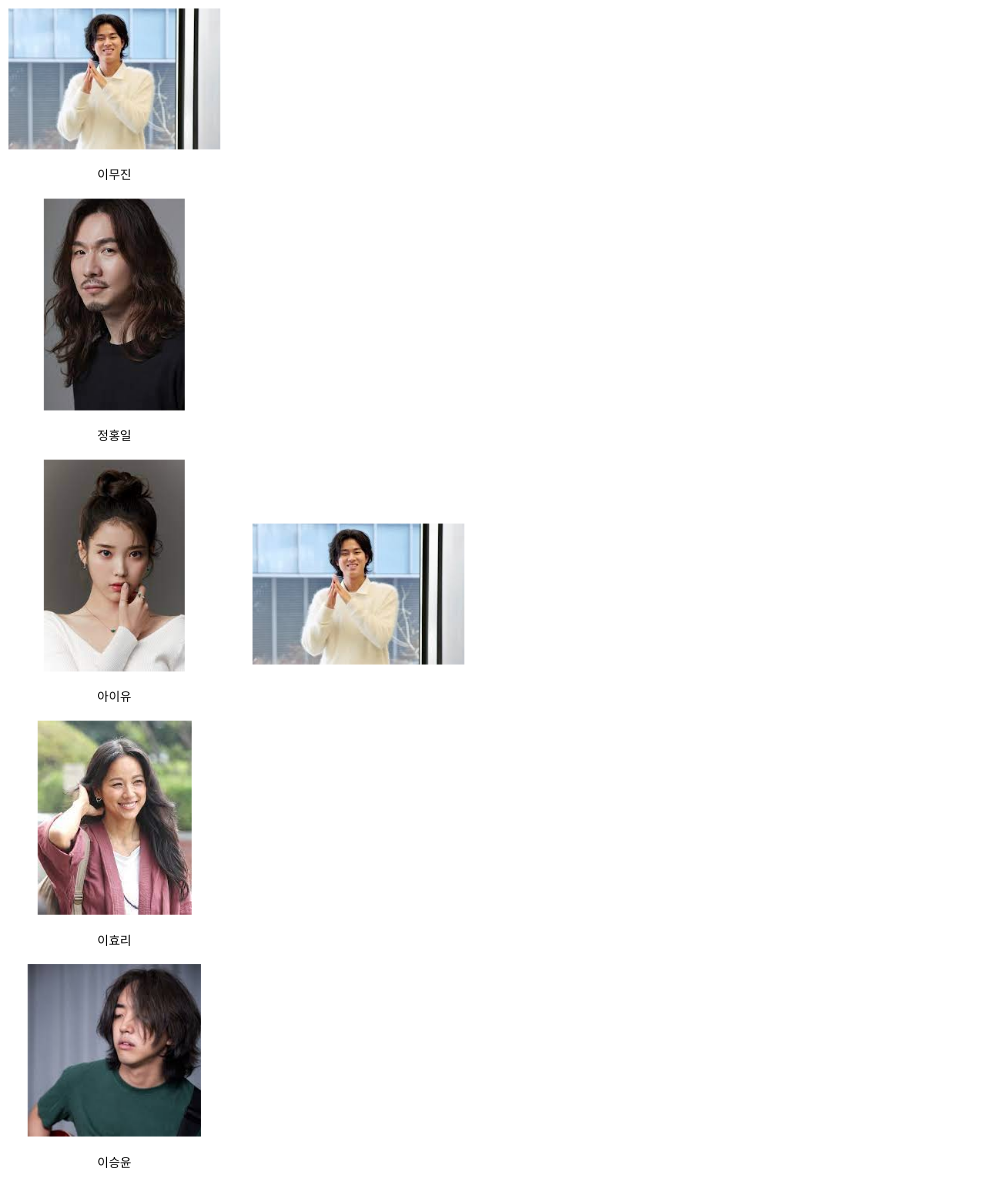
Repository: Migorithm/front_work
Page: front05_JQuery/src/main/webapp/3_event/jq10_traversal.html
An editor plug-in stored every save of this project. The page is shown before and after the next save, followed by the edit.
The browser window is 1280 px wide. The pictures show the whole page, at 77% of full size.

Above is the page before, as saved 2021-09-06 02:15:14.

### front05_JQuery/src/main/webapp/3_event/jq10_traversal.html
<!DOCTYPE html>
<html>
<head>
<meta charset="UTF-8">
<title>Insert title here</title>
<style type="text/css">
	tabel tr td{border : 2px solid black; margin:10px; width:80x; height:90px;}


</style>
</head>

<script src="https://ajax.googleapis.com/ajax/libs/jquery/3.6.0/jquery.min.js"></script>
<script>
	$(function(){

		});
</script>


<body>
	<table>
		<tr>
			<td align="center" width="150" height="200">
				<a href="../image/2.jpg" class="small">
				<img alt="" src="../image/2.jpg">
				</a>
				<p>이무진</p>
			</td>
			<td width="350" align="center" rowspan="5">
				<a href="../image/2.jpg" class="large">
				<img alt="" src="../image/2.jpg">
				</a>
			</td>
		</tr>
		<tr>
			<td align="center" width="150" height="200">
				<a href="../image/3.jpg" class="small">
				<img alt="" src="../image/3.jpg">
				</a>
				<p>정홍일</p>
			</td>
		</tr>
		<tr>
			<td align="center" width="150" height="200">
				<a href="../image/4.jpg" class="small">
				<img alt="" src="../image/4.jpg">
				</a>
				<p>아이유</p>
			</td>
		</tr>
		<tr>
			<td align="center" width="150" height="200">
				<a href="../image/5.jpg" class="small">
				<img alt="" src="../image/5.jpg">
				</a>
				<p>이효리</p>
			</td>
		</tr>
		<tr>
			<td align="center" width="150" height="200">
				<a href="../image/1.jpg" class="small">
				<img alt="" src="../image/1.jpg">
				</a>
				<p>이승윤</p>
			</td>
		</tr>

	</table>


</body>
</html>

After the next save:
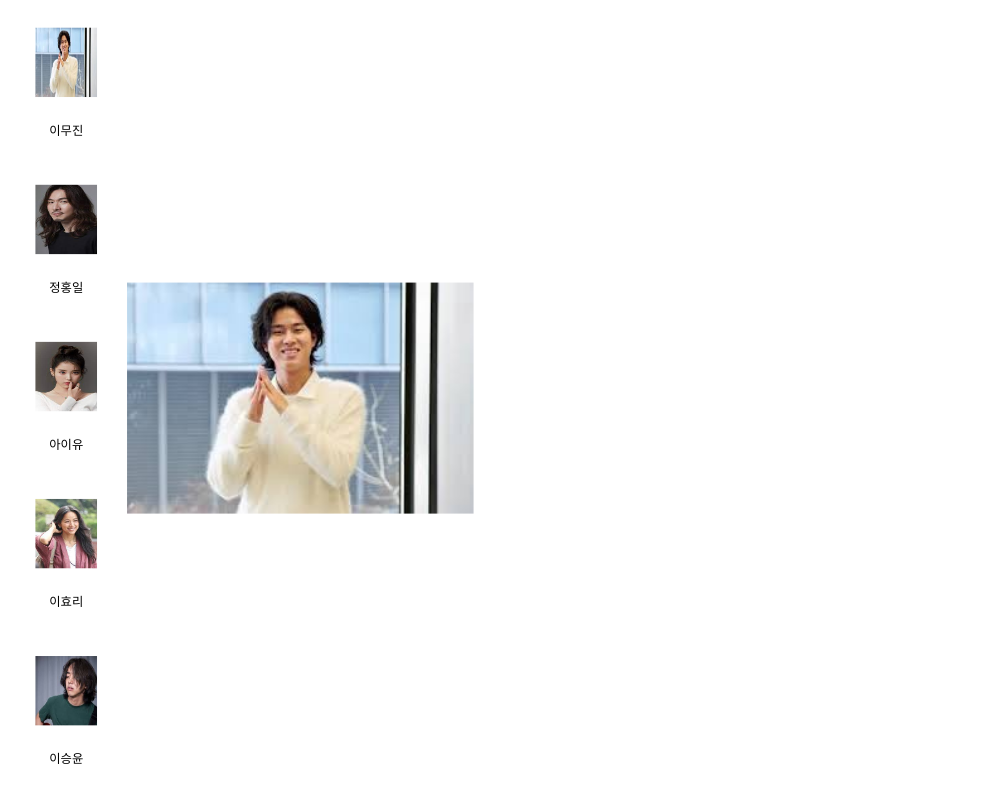
Saved 84 s later.
--- a/front05_JQuery/src/main/webapp/3_event/jq10_traversal.html
+++ b/front05_JQuery/src/main/webapp/3_event/jq10_traversal.html
@@ -5,7 +5,8 @@
 <title>Insert title here</title>
 <style type="text/css">
 	tabel tr td{border : 2px solid black; margin:10px; width:80x; height:90px;}
-
+	.small>img{border: none; margin:10px; width:80px; height:90px;}
+	.large>img{width:450px;}
 
 </style>
 </head>
